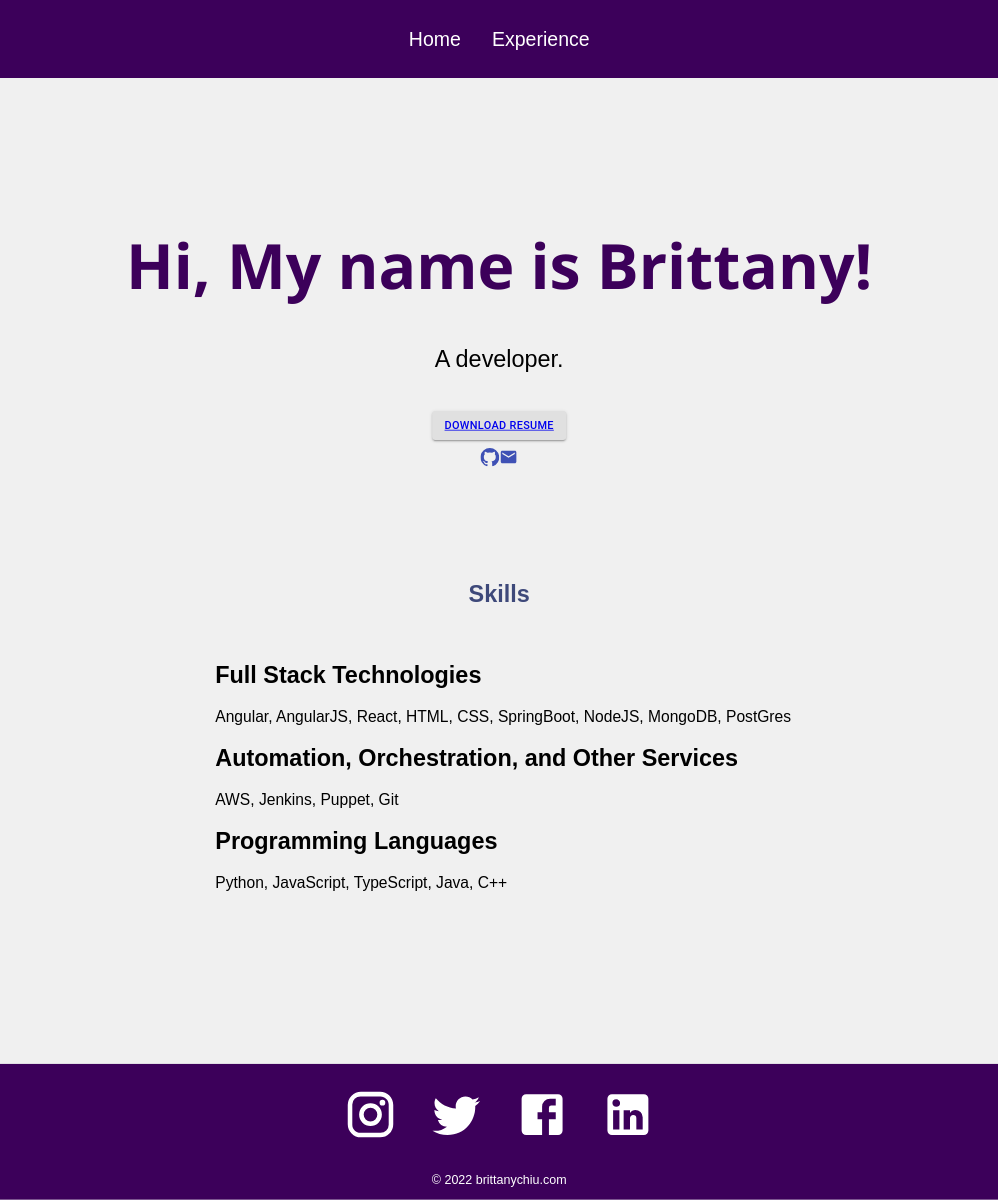
Repository: chiubacca94/chiufolio
Page: /
The author's editor kept a copy of each file at every save. The page is drawn from the files as they stood at one save, then again after a run of saves.
The browser window is 1280 px wide. The pictures show the whole page, at 78% of full size.
The project was rebuilt for these pictures with package versions that can differ from the ones it lists, and the page was loaded fresh each time. Also part of the build but not shown: src/components/Projects/Projects.js, src/components/Experiences/Experiences.css, src/components/Experiences/Experiences.js.

Above is the page before, as saved 2022-07-04 22:53:35.

### src/App.js
import './App.css';
import { BrowserRouter as Router, Routes, Route } from 'react-router-dom';
import Navbar from './components/NavBar/Navbar';
import Home from './components/Home/Home';
import Projects from './components/Projects/Projects';
import Experiences from './components/Experiences/Experiences';
import Footer from './components/Footer/Footer';


function App() {
  return (
    <div className="App">
      <Router>
        <Navbar />
        <Routes>
          <Route path="/" element={ <Home /> }></Route>
          <Route path="/projects" element={ <Projects /> }></Route>
          <Route path="/experiences" element={ <Experiences /> }></Route>
        </Routes>
        <Footer />
      </Router>
    </div>
  );
}

export default App;

### src/App.css
.App {
  width: 100%;
  height: auto;
  display: flex;
  flex-direction: column;
  font-family: Arial, Helvetica, sans-serif;
  background-color: #f0f0f0;
}

body {
  padding: 0;
  margin: 0;
  height: 100%;
}

### src/components/NavBar/Navbar.js
import React, {useEffect, useState} from "react";
import { Link, useLocation } from "react-router-dom";
import ReorderIcon from '@material-ui/icons/Reorder';
import "./Navbar.css"

function Navbar() {
    // NavBr States
    const [ expandNavbar, setExpandNavbar ] = useState(false)
    const location = useLocation();

    // use when location changes and set navbar to false
    useEffect(() => {
        setExpandNavbar(false);
    }, [location])

    return (
        // id will change based on state
        <div className="navbar" id={expandNavbar ? "open" : "close"}>
            <div className="toggleButton">
                <button onClick={() => { setExpandNavbar((prev) => !prev) }}>
                    <ReorderIcon></ReorderIcon>
                </button>
            </div>
            <div className="links">
                <Link to="/"> Home </Link>
                {/* <Link to="/projects"> Projects </Link>  */}
                <Link to="/experiences"> Experience </Link>
            </div>
        </div>
    )
}

export default Navbar;

### src/components/Home/Home.js
import React from 'react'
import GitHubIcon from '@material-ui/icons/GitHub'
import EmailIcon from '@material-ui/icons/Email'
import Button from '@material-ui/core/Button'
import Link from '@material-ui/core/Link'
import './Home.css'

export default function Home() {
  return (
    <div className='home'>
        <section className='about'>
            <h2>Hi, My name is Brittany!</h2>
            <div className='prompt'><p> A developer.</p></div>
            <Button variant='contained'><a href="path_to_file" download="proposed_file_name">Download Resume</a></Button>
            <div className='icons'>
                <Link href="https://github.com/brittanychiucode/" target="_blank" >
                    <GitHubIcon />
                </Link>
                <Link href="mailto:bc.chiu12@gmail.com" target="_blank" >
                    <EmailIcon />
                </Link>
            </div>
        </section>
        <section className='skills'>
            <h1>Skills</h1>
            <ol className='list'>
                <li className='item'>
                    <h2>Full Stack Technologies</h2>
                    <span>Angular, AngularJS, React, HTML, CSS, SpringBoot, NodeJS, MongoDB, PostGres</span>
                </li>
                <li className='item'>
                    <h2>Automation, Orchestration, and Other Services</h2>
                    <span>AWS, Jenkins, Puppet, Git</span>
                </li>
                <li className='item'>
                    <h2>Programming Languages</h2>
                    <span>Python, JavaScript, TypeScript, Java, C++</span>
                </li>
            </ol>
        </section>
    </div>
  )
}

### src/components/Footer/Footer.js
import React from 'react';
import InstagramIcon  from '@material-ui/icons/Instagram';
import TwitterIcon from '@material-ui/icons/Twitter';
import FacebookIcon from '@material-ui/icons/Facebook';
import LinkedInIcon from '@material-ui/icons/LinkedIn';
import Link from '@material-ui/core/Link'
import './Footer.css'

export default function Footer() {
  return (
    <div className='footer'>
        <div className='socialMedia'>
            <Link href="https://www.instagram.com/bchiuable/" target="_blank" >
                <InstagramIcon />
            </Link>
            <Link href="https://twitter.com/brittanychiu" target="_blank" >
                <TwitterIcon />
            </Link>
            <Link href="https://www.facebook.com/brittany.chiu94"  target="_blank" >
                <FacebookIcon />
            </Link>
            {/* className={classes.link} */}
            <Link href="https://www.linkedin.com/in/brittanychiu/"  target="_blank" >
                <LinkedInIcon />
            </Link>
        </div>
        <p>&copy; 2022 brittanychiu.com</p>
    </div>
  )
}

### src/components/NavBar/Navbar.css
.navbar {
    width: 100%;
    height: 100px;
    background: #3c005a;
  }

  .links {
    width: 100%;
    height: 100%;
    display: flex;
    align-items: center;
    justify-content: center;
    color: white;
  }

  .navbar a {
    color: white;
    text-decoration: none;
    margin: 20px;
    font-size: 25px;
  }

  .toggleButton {
    width: 100%;
    height: 100px;
    display: flex;
    align-items: center;
    justify-content: flex-end;
  }

  .toggleButton svg {
    font-size: 50px;
  }
  .toggleButton button {
    margin-right: 20px;
    background-color: transparent;
    border: none;
    color: white;
    cursor: pointer;
  }

  #open {
    height: 100vh;
  }

  #open .links {
    flex-direction: column;
    justify-content: flex-start;
    margin-top: 100px;
  }

  #open a {
    width: 100%;
    text-align: center;
  }

  @media only screen and (max-width: 900px) {
    .navbar a {
      width: 70px;
    }
  }

  @media only screen and (max-width: 600px) {
    .toggleButton {
      display: flex;
    }
    #close a {
      display: none;
    }
  }

  @media only screen and (min-width: 600px) {
    .toggleButton {
      display: none;
    }

    .hiddenLinks {
      display: none;
    }

    #open {
      height: 100px;
    }

    #open .links {
      flex-direction: row;
    }
  }

### src/components/Home/Home.css
.home {
    width: 100%;
    align-items: center;
    font-family: "Arial", sans-serif;
    /* color: #3e497a; */
    color: white;
  }

  .about {
    width: 100%;
    height: calc(100vh - 100px);
    display: flex;
    flex-direction: column;
    justify-content: center;
    align-items: center;
    text-align: center;
    /* background-color: #21325e; */
    color: black;
  }

  .about h2 {
    font-family: "Segoe UI", Tahoma, Geneva, Verdana, sans-serif;
    font-size: 80px;
    color: #3c005a;
    min-height: 50px;
    margin-bottom: 10px;
  }

  .about .prompt {
    padding-top: 10px;
    width: 40%;
    font-size: 30px;
    margin-bottom: 20px;
  }
  .prompt svg {
    font-size: 60px;
    margin: 5px;
    color: white;
  }

  .icons{
    padding-top: 10px;
  }

  .skills {
    font-size: 20px;
    width: 100%;
    display: flex;
    justify-content: center;
    flex-direction: column;
    align-items: center;
    scroll-snap-type: y mandatory;
  }

  .skills section {
    scroll-snap-align: start;
}

  .skills h1 {
    color: #3e497a;
  }

  .skills .list {
    list-style: none;
    width: 60%;
    color: black;
  }

  .list span {
    font-size: 20px;
  }

  @media only screen and (max-width: 905px) {
    .about h2 {
      font-size: 60px;
    }

    .about .prompt {
      margin-top: 10px;
      font-size: 20px;
      width: 80%;
    }

    .skills {
      text-align: center;
    }
    .list {
      padding: 0;
    }

    .skills h2 {
      font-size: 30px;
    }
  }

  @media only screen and (max-width: 600px) {
    .about h2 {
      font-size: 40px;
    }

    .about .prompt {
      margin-top: 10px;
      font-size: 20px;
      width: 80%;
    }

    .skills {
      text-align: center;
    }
    .list {
      padding: 0;
    }

    .skills h2 {
      font-size: 30px;
    }
  }

### src/components/Footer/Footer.css
.footer {
    width: 100%;
    height: none;
    background: #3c005a;
    display: flex;
    justify-content: center;
    align-items: center;
    flex-direction: column;
    padding-top: 10px;
    margin-top: 200px;
    bottom: 0;
  }

  .socialMedia svg {
    color: white;
    margin: 20px;
    font-size: 70px;
    cursor: pointer;
  }

  .footer p {
    color: white;
  }

  @media only screen and (max-width: 600px) {
    .footer svg {
      font-size: 50px;
    }
  }

Loaded but not shown: public/index.html (common file); src/index.js (common file); src/index.css (common file); src/reportWebVitals.js (common file)

After the next 2 saves:
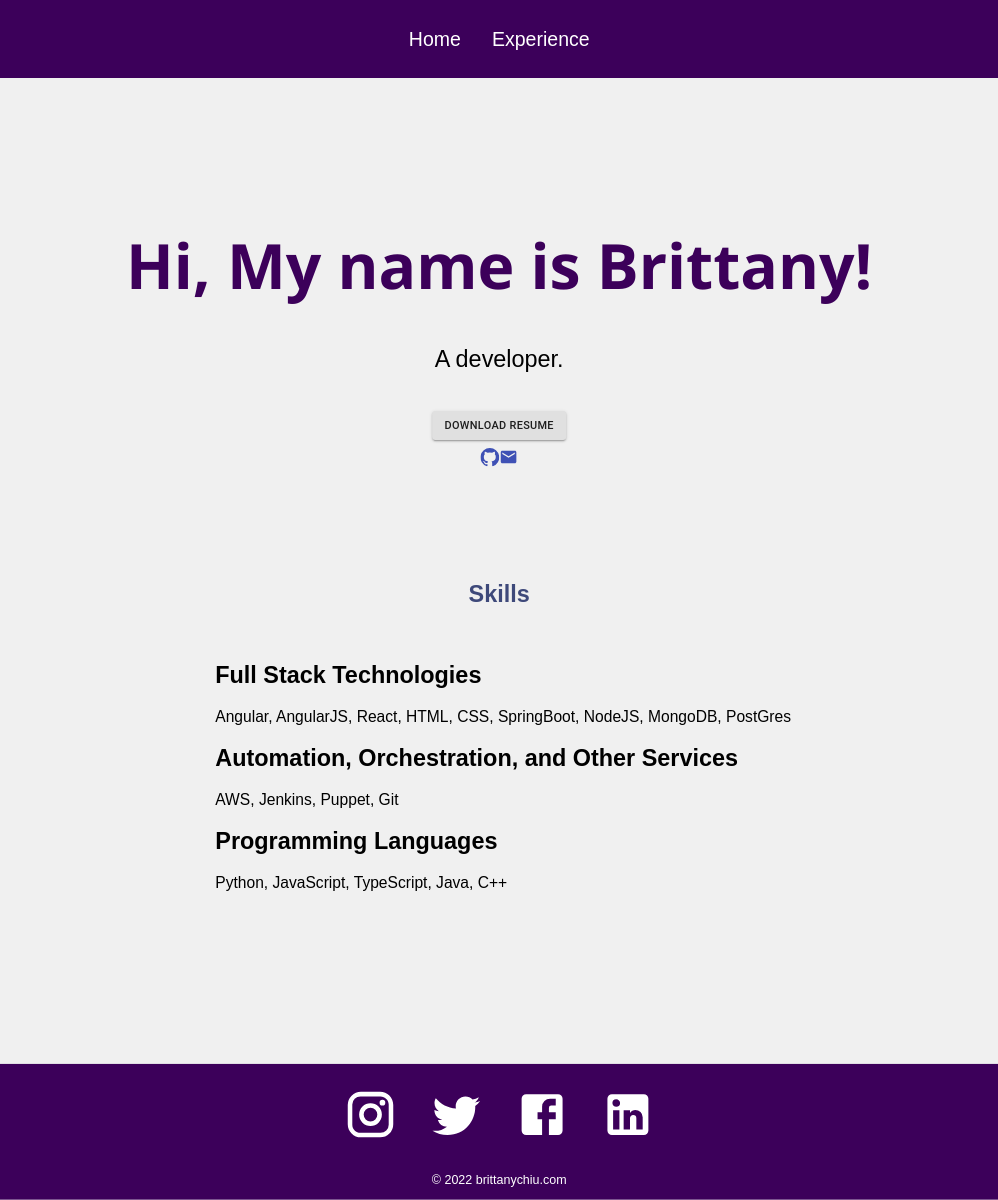
The 2 saves are shown as one change because they came seconds apart.
The last was saved 67 s later.
--- a/src/components/Home/Home.js
+++ b/src/components/Home/Home.js
@@ -11,7 +11,7 @@
         <section className='about'>
             <h2>Hi, My name is Brittany!</h2>
             <div className='prompt'><p> A developer.</p></div>
-            <Button variant='contained'><a href="path_to_file" download="proposed_file_name">Download Resume</a></Button>
+            <Button variant='contained' href="BChiu_Resume.pdf">Download Resume</Button>
             <div className='icons'>
                 <Link href="https://github.com/brittanychiucode/" target="_blank" >
                     <GitHubIcon />
